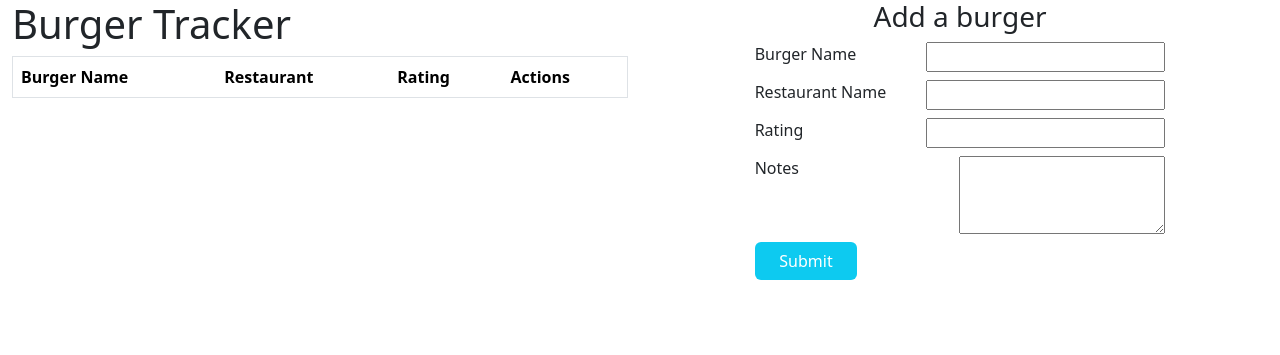
Repository: Hokusai12/Java_Dojo
Page: http://localhost/burgertracker/WEB-INF/index.jsp
The author's editor kept a copy of each file at every save. The page is drawn from the files as they stood at one save, then again after the next save.
The browser window is 1280 px wide. The pictures show the whole page.
The page is served by Tomcat 9. Nobody is signed in. The template is opened directly, without the code that normally fills it, so the values that code supplies are empty.

Above is the page before, as saved 2023-03-05 20:43:22.

After the next save:
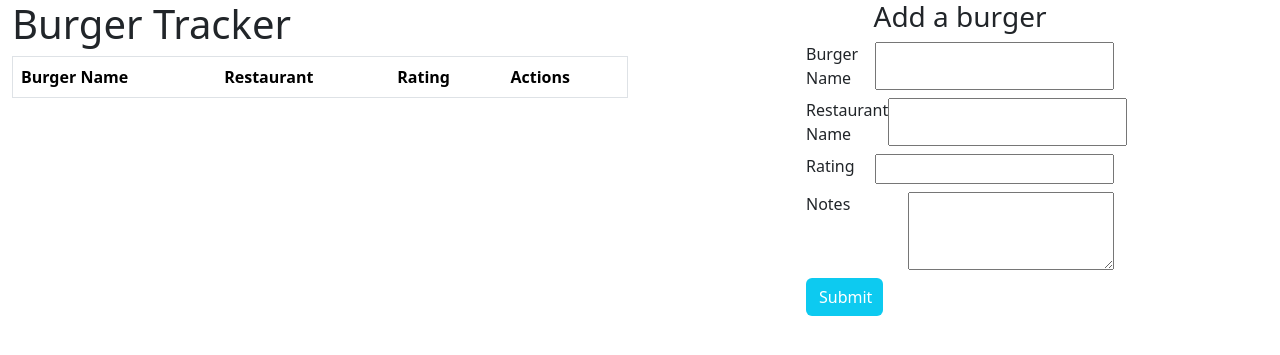
Saved 8 s later.
--- a/Spring/MVC/burgertracker/src/main/webapp/WEB-INF/index.jsp
+++ b/Spring/MVC/burgertracker/src/main/webapp/WEB-INF/index.jsp
@@ -41,7 +41,7 @@
 		</div>
 		<div class="container d-flex flex-column align-items-center">
 			<h3>Add a burger</h3>
-			<form:form class="d-flex flex-column gap-2 col-8" action="/"
+			<form:form class="d-flex flex-column gap-2 col-6" action="/"
 				method="POST" modelAttribute="burger">
 				<div class="d-flex justify-content-between">
 					<form:label path="name">Burger Name</form:label>
